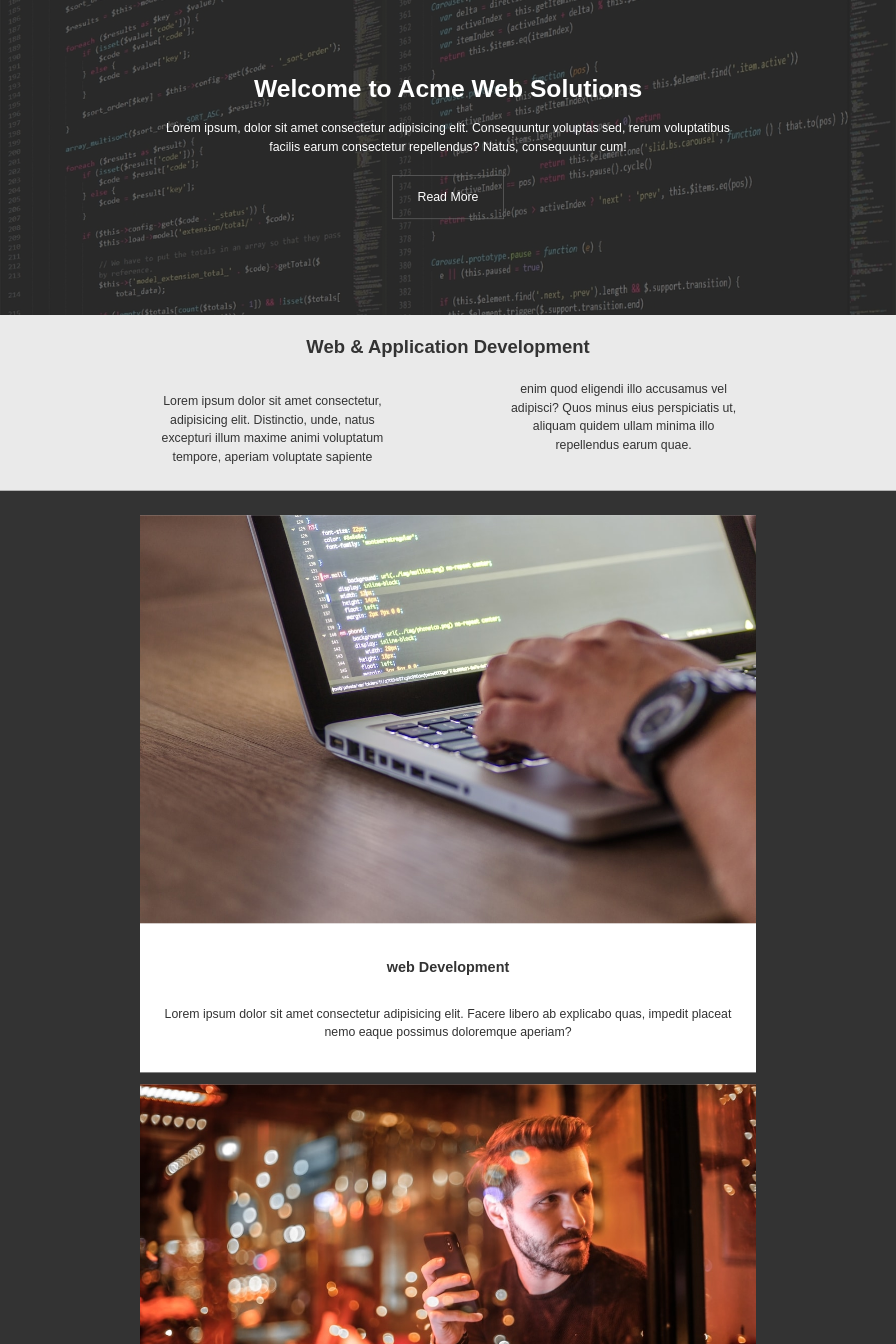
Repository: ErikBaer/MobileFirst
Page: index.html
The author's editor kept a copy of each file at every save. The page is drawn from the files as they stood at one save, then again after the next save.
The browser window is 1280 px wide. The pictures show the part of the page from y = 0 to 1920 px (the page is 3922 px tall), at 70% of full size.

Above is the page before, as saved 2020-02-15 03:57:25.

After the next save:
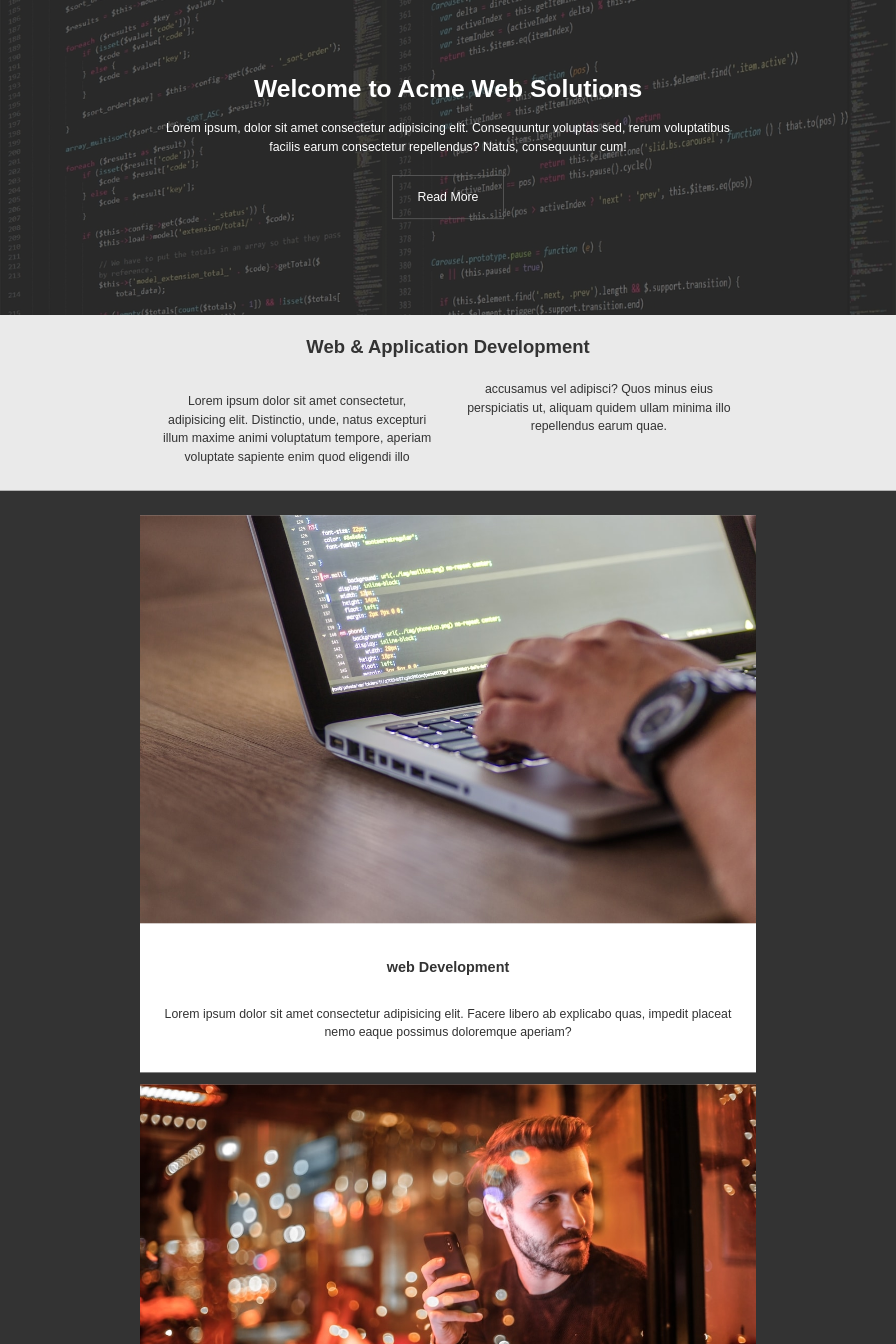
Saved 4 s later.
--- a/style.css
+++ b/style.css
@@ -145,7 +145,7 @@ p {
 
     #section-a .content-text {
         columns: 2;
-        column-gap: 10em;
+        column-gap: 2em;
     }
 
     .content-wrap,
